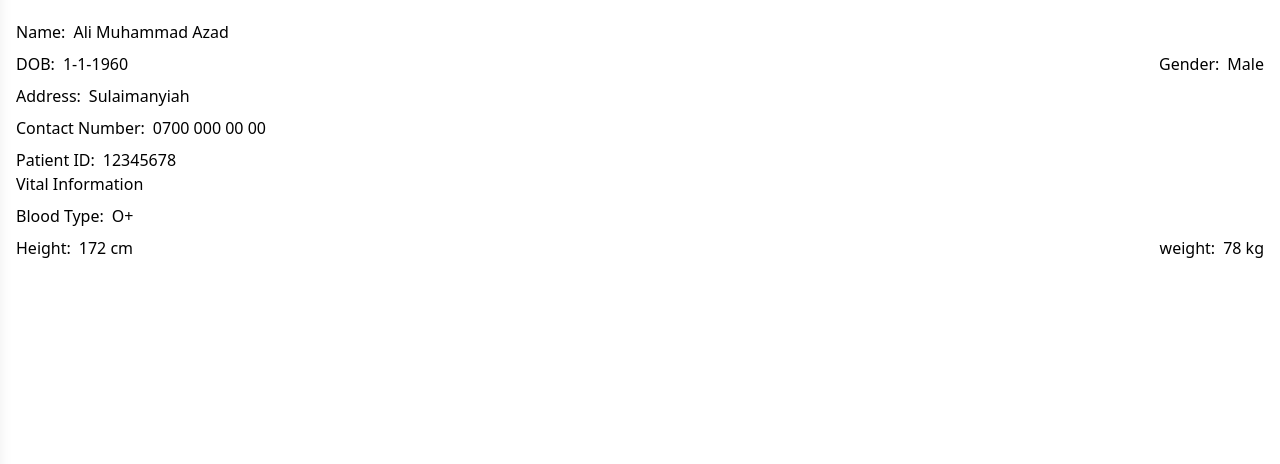
Repository: Sanaa00/HI-user
Page: /
An editor plug-in stored every save of this project. The page is shown before and after the next save, followed by the edit.
The browser window is 1280 px wide. The pictures show the part of the page from y = 336 to 800 px (the page is 800 px tall).
The project was rebuilt for these pictures with package versions that can differ from the ones it lists, and the page was loaded fresh each time. Also part of the build but not shown: vite.config.js, src/App.css, src/Pages/Test.jsx.

Above is the page before, as saved 2024-01-10 21:35:59.

### src/main.jsx
import React from 'react';
import ReactDOM from 'react-dom/client';
import App from './App.jsx';
import './index.css';
import { BrowserRouter } from 'react-router-dom';

ReactDOM.createRoot(document.getElementById('root')).render(
  <React.StrictMode>
    <BrowserRouter>
      {/* <Provider store={store}> */}
      <App />
      {/* </Provider>{' '} */}
    </BrowserRouter>
  </React.StrictMode>,
);

### src/App.jsx
import { Route, Routes } from 'react-router-dom';
import './App.css';
import Home from './Pages/Home';
import Test from './Pages/Test';
import Navbar from './Components/Navbar';

function App() {
  return (
    <>
      <Navbar />
      <Routes>
        <Route path="/" element={<Home />}>
          <Route path="/test" element={<Test />} />
          {/* <Route path="products" element={<Products />} />
          <Route path="setting" element={<Setting />} />
          <Route path="hide" element={<HideProducts />} /> */}
        </Route>
      </Routes>
    </>
  );
}

export default App;

### src/Pages/Home.jsx
function Home() {
  return (
    <div className="mt-20 h-screen p-4">
      <img
        className="object-cover w-full rounded-md h-60 "
        src="https://images.unsplash.com/photo-1504257432389-52343af06ae3?q=80&w=1887&auto=format&fit=crop&ixlib=rb-4.0.3&ixid=M3wxMjA3fDB8MHxwaG90by1wYWdlfHx8fGVufDB8fHx8fA%3D%3D"
        alt="user"
      />
      <div className="mt-5">
        <span>Name:</span>
        <span className="ml-2">Ali Muhammad Azad</span>
      </div>{' '}
      <div className="mt-2 flex justify-between items-center">
        <span>
          {' '}
          <span>DOB:</span>
          <span className="ml-2">1-1-1960</span>
        </span>{' '}
        <span>
          {' '}
          <span>Gender:</span>
          <span className="ml-2">Male</span>
        </span>
      </div>{' '}
      {/* ******************** */}
      <div className="mt-2 flex justify-between items-center">
        <span>
          {' '}
          <span>Address:</span>
          <span className="ml-2">Sulaimanyiah</span>
        </span>
      </div>
      {/* ****************** */}
      <div className="mt-2 flex justify-between items-center">
        <span>
          {' '}
          <span>Contact Number:</span>
          <span className="ml-2">0700 000 00 00</span>
        </span>{' '}
      </div>{' '}
      <div className="mt-2 flex justify-between items-center">
        <span>
          {' '}
          <span>Patient ID:</span>
          <span className="ml-2">12345678</span>
        </span>{' '}
      </div>
      {/* **********vital information*********** */}
      <div>Vital Information</div>
      <div className="mt-2 flex justify-between items-center">
        <span>
          {' '}
          <span>Blood Type:</span>
          <span className="ml-2">O+</span>
        </span>{' '}
      </div>{' '}
      <div className="mt-2 flex justify-between items-center">
        <span>
          {' '}
          <span>Height:</span>
          <span className="ml-2">172 cm</span>
        </span>{' '}
        <span>
          {' '}
          <span>weight:</span>
          <span className="ml-2">78 kg</span>
        </span>{' '}
      </div>
    </div>
  );
}

export default Home;

### src/Components/Navbar.jsx
import { useState } from 'react';
import { Link, NavLink } from 'react-router-dom';

function Navbar() {
  const [open, setOpen] = useState(false);
  return (
    <div className="flex text-neutral-700 top-0 z-50 fixed px-4 justify-between items-center bg-white h-16 w-full">
      <div
        className={` flex justify-between hover:bg-opacity-80 duration-500 hover:duration-500 items-center w-full h-full text-lg font-bold`}
      >
        <button onClick={() => setOpen(!open)} className="">
          menu
          {/* <GiHamburgerMenu className="w-8 object-cover h-9 text-orange" /> */}
        </button>{' '}
        <div
          className={` bg-white rounded-sm  flex flex-col fixed w-3/5 lg:w-96 top-0 z-40 left-0 shadow-lg transform duration-500 ease-in-out ${
            open ? 'translate-x-0' : '-translate-x-full'
          }`}
        >
          <button
            onClick={() => setOpen(!open)}
            className="mt-8 mb-2 left-0 px-4 flex h-16"
          >
            close
            {/* <IoCloseCircle className="text-orange justify-end w-8 object-cover h-8 self-end" /> */}
          </button>

          <div className="w-full h-screen flex flex-col text-orange p-4">
            <Link to="/" onClick={() => setOpen(!open)} className="py-3">
              Home
            </Link>
            <Link to="/skills" onClick={() => setOpen(!open)} className="py-3">
              Skills
            </Link>
            <Link
              to="/projects"
              onClick={() => setOpen(!open)}
              className="py-3"
            >
              Projects
            </Link>
          </div>
        </div>
      </div>
      <NavLink to="/" className="ml-2 font-bold">
        Name
      </NavLink>
    </div>
  );
}

export default Navbar;

Loaded but not shown: index.html (common file); src/index.css (common file); tailwind.config.js (common file)

After the next save:
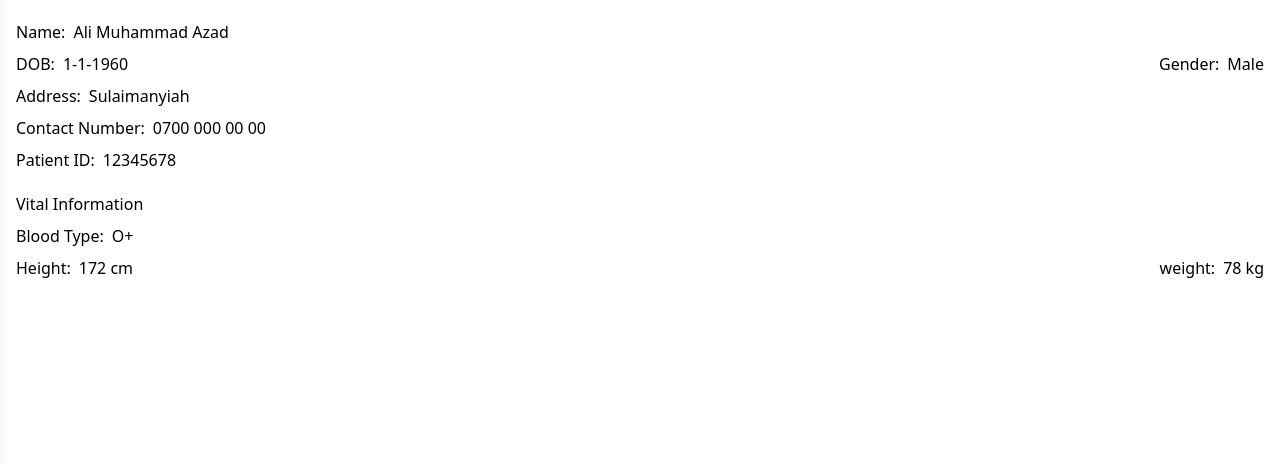
Saved 13 s later.
--- a/src/Pages/Home.jsx
+++ b/src/Pages/Home.jsx
@@ -46,7 +46,7 @@ function Home() {
         </span>{' '}
       </div>
       {/* **********vital information*********** */}
-      <div>Vital Information</div>
+      <div className="mt-5">Vital Information</div>
       <div className="mt-2 flex justify-between items-center">
         <span>
           {' '}
